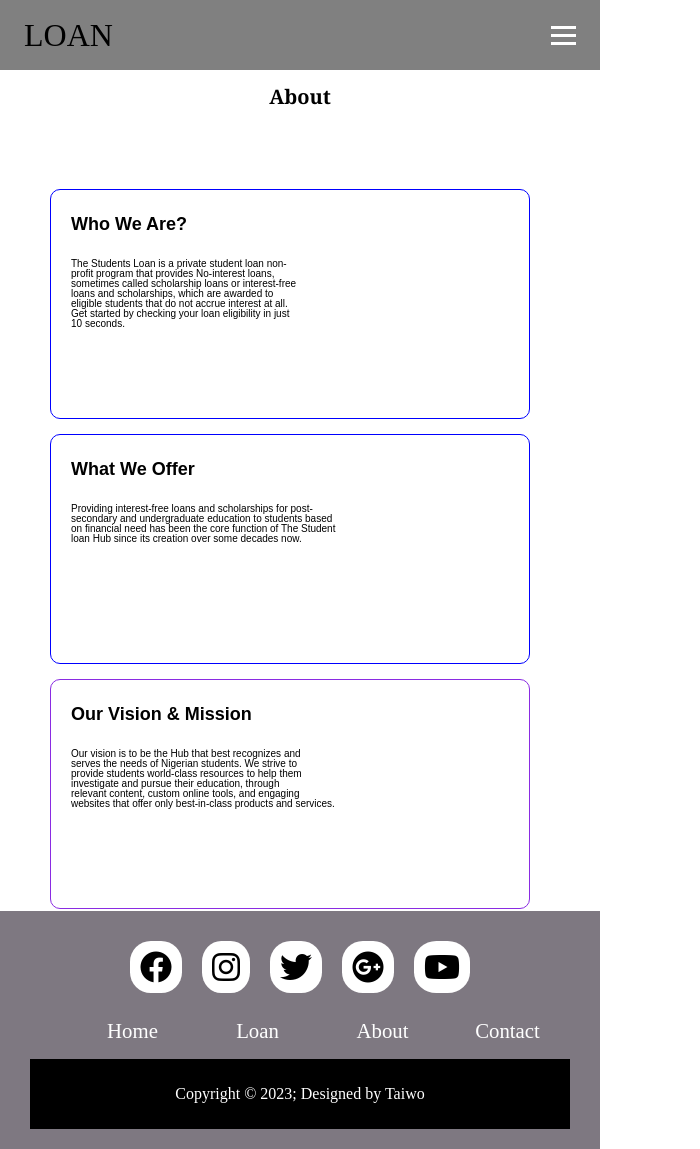
Repository: Tobby004/basic-loanweb
Page: about.html
An editor plug-in stored every save of this project. The page is shown before and after the next save, followed by the edit.
The browser window is 600 px wide. The page is 700 px wide, so the pictures cover 700 px, including what lies to the right of the window. The pictures show the whole page.

Above is the page before, as saved 2023-07-07 08:46:07.

After the next save:
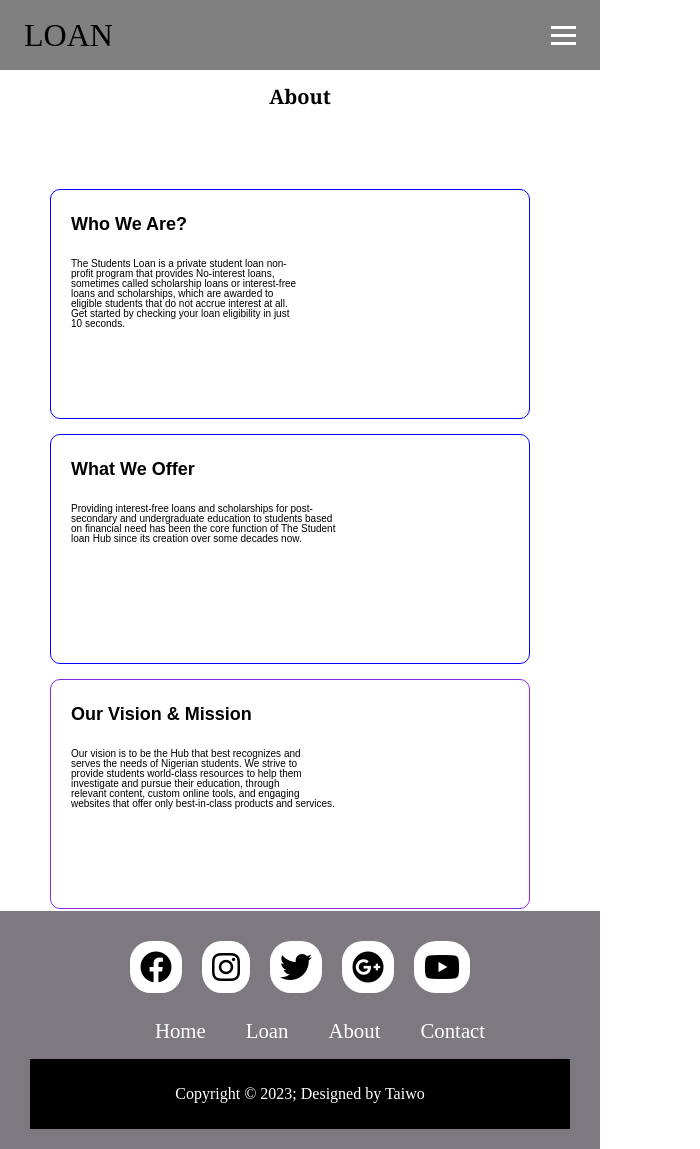
Saved 96 s later.
--- a/about.css
+++ b/about.css
@@ -181,8 +181,8 @@ h1 {
    .footernav {
     flex-direction: column;
    }
-   .footernav ul li {
-    width: 100%;
+   .footernav ul li a{
+    width: 40%;
     text-align: center;
     margin: 1opx;
    }
